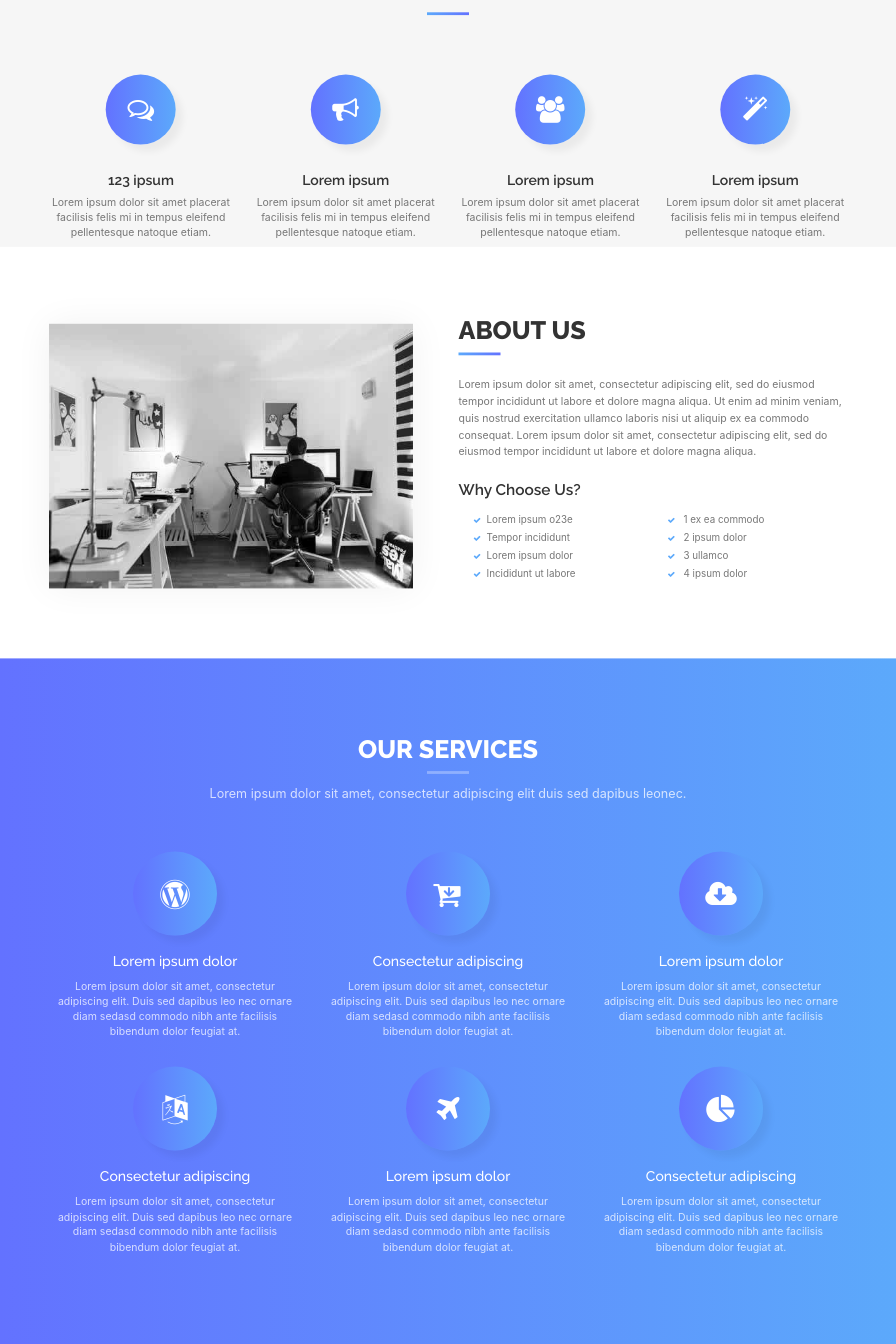
Repository: andrealepori/digitize-reactapp
Page: /
These files come from the project's save history. The page is drawn as it stood at one moment and after the next save; the edit follows.
The browser window is 1280 px wide. The pictures show the part of the page from y = 1071 to 2991 px (the page is 5589 px tall before and 5611 px after), at 70% of full size.
The project was rebuilt for these pictures with package versions that can differ from the ones it lists, and the page was loaded fresh each time.

Above is the page before, as saved 2021-09-21 14:49:37.

### public/index.html
<head>
  <meta charset="utf-8" />
  <meta name="viewport" content="width=device-width, initial-scale=1" />
  <link rel="shortcut icon" href="img/favicon.ico" type="image/x-icon" />
  <link rel="apple-touch-icon" href="img/apple-touch-icon.png" />
  <link href="https://use.fontawesome.com/releases/v5.15.1/css/all.css" rel="stylesheet" />
  <link
    rel="apple-touch-icon"
    sizes="72x72"
    href="img/apple-touch-icon-72x72.png"
  />
  <link
    rel="apple-touch-icon"
    sizes="114x114"
    href="img/apple-touch-icon-114x114.png"
  />

  <link rel="stylesheet" type="text/css" href="css/bootstrap.css" />
  <link
    rel="stylesheet"
    type="text/css"
    href="fonts/font-awesome/css/font-awesome.css"
  />
  <link rel="stylesheet" type="text/css" href="css/style.css" />
  <link
    rel="stylesheet"
    type="text/css"
    href="css/nivo-lightbox/nivo-lightbox.css"
  />
  <link rel="stylesheet" type="text/css" href="css/nivo-lightbox/default.css" />
  <link
    href="https://fonts.googleapis.com/css?family=Open+Sans:300,400,600,700"
    rel="stylesheet"
  />
  <link
    href="https://fonts.googleapis.com/css?family=Lato:400,700"
    rel="stylesheet"
  />
  <link
    href="https://fonts.googleapis.com/css?family=Raleway:300,400,500,600,700,800,900"
    rel="stylesheet"
  />
  <title>DIGITIZE</title>
  <meta name="description" content="" />
  <meta name="author" content="@andrealepori" />
</head>

<body id="page-top" data-spy="scroll" data-target=".navbar-fixed-top">
  <div id="root"></div>




  <script type="text/javascript" src="js/jquery.1.11.1.js"></script>
  <script type="text/javascript" src="js/bootstrap.js"></script>
</body>

### src/App.jsx
import { useState, useEffect } from "react";
import { Navigation } from "./components/navigation";
import { Header } from "./components/header";
import { Features } from "./components/features";
import { About } from "./components/about";
import { Services } from "./components/services";
import { Gallery } from "./components/gallery";
import { Testimonials } from "./components/testimonials";
import { Team } from "./components/Team";
import { Contact } from "./components/contact";
import JsonData from "./data/data.json";
import SmoothScroll from "smooth-scroll";
import "./App.css";

export const scroll = new SmoothScroll('a[href*="#"]', {
  speed: 1000,
  speedAsDuration: true,
});

const App = () => {
  const [landingPageData, setLandingPageData] = useState({});
  useEffect(() => {
    setLandingPageData(JsonData);
  }, []);

  return (
    <div>
      <Navigation />
      <Header data={landingPageData.Header} />
      <Features data={landingPageData.Features} />
      <About data={landingPageData.About} />
      <Services data={landingPageData.Services} />
      <Gallery data={landingPageData.Gallery}/>
      <Testimonials data={landingPageData.Testimonials} />
      <Team data={landingPageData.Team} />
      <Contact data={landingPageData.Contact} />

    </div>
  );
};

export default App;

### src/components/header.jsx
export const Header = (props) => {
  return (
    <header id='header'>
      <div className='intro'>
        <div className='overlay'>
          <div className='container'>
            <div className='row'>
              <div className='col-md-8 col-md-offset-2 intro-text'>
                <h1>
                  {props.data ? props.data.title : 'Loading'}
                  <span></span>
                </h1>
                <p>{props.data ? props.data.paragraph : 'Loading'}</p>
                <a
                  href='#features'
                  className='btn btn-custom btn-lg page-scroll'
                >
                  Learn More
                </a>{' '}
              </div>
            </div>
          </div>
        </div>
      </div>
    </header>
  )
}

### src/components/about.jsx
export const About = (props) => {
  return (
    <div id="about">
      <div className="container">
        <div className="row">
          <div className="col-xs-12 col-md-6">
            {" "}
            <img src="img/about.jpg" className="img-responsive" alt="" />{" "}
          </div>
          <div className="col-xs-12 col-md-6">
            <div className="about-text">
              <h2>About Us</h2>
              <p>{props.data ? props.data.paragraph : "loading..."}</p>
              <h3>Why Choose Us?</h3>
              <div className="list-style">
                <div className="col-lg-6 col-sm-6 col-xs-12">
                  <ul>
                    {props.data
                      ? props.data.Why.map((d, i) => (
                          <li key={`${d}-${i}`}>{d}</li>
                        ))
                      : "loading"}
                  </ul>
                </div>
                <div className="col-lg-6 col-sm-6 col-xs-12">
                  <ul>
                    {props.data
                      ? props.data.Why2.map((d, i) => (
                          <li key={`${d}-${i}`}> {d}</li>
                        ))
                      : "loading"}
                  </ul>
                </div>
              </div>
            </div>
          </div>
        </div>
      </div>
    </div>
  );
};

### src/components/services.jsx
export const Services = (props) => {
  return (
    <div id='services' className='text-center'>
      <div className='container'>
        <div className='section-title'>
          <h2>Our Services</h2>
          <p>
            Lorem ipsum dolor sit amet, consectetur adipiscing elit duis sed
            dapibus leonec.
          </p>
        </div>
        <div className='row'>
          {props.data
            ? props.data.map((d, i) => (
                <div key={`${d.name}-${i}`} className='col-md-4'>
                  {' '}
                  <i className={d.icon}></i>
                  <div className='service-desc'>
                    <h3>{d.name}</h3>
                    <p>{d.text}</p>
                  </div>
                </div>
              ))
            : 'loading'}
        </div>
      </div>
    </div>
  )
}

### src/components/gallery.jsx
import { Image } from "./image";

export const Gallery = (props) => {
  return (
    <div id='portfolio' className='text-center'>
      <div className='container'>
        <div className='section-title'>
          <h2>Gallery</h2>
          <p>
            Lorem ipsum dolor sit amet, consectetur adipiscing elit duis sed
            dapibus leonec.
          </p>
        </div>
        <div className='row'>
          <div className='portfolio-items'>
            {props.data
              ? props.data.map((d, i) => (
                <div key={`${d.title}-${i}`} className='col-sm-6 col-md-4 col-lg-4'>
                  <Image title={d.title} largeImage={d.largeImage} smallImage={d.smallImage} />
                </div>
              ))
              : 'Loading...'}
          </div>
        </div>
      </div>
    </div>
  )
}

### src/components/testimonials.jsx
export const Testimonials = (props) => {
  return (
    <div id='testimonials'>
      <div className='container'>
        <div className='section-title text-center'>
          <h2>What our clients say</h2>
        </div>
        <div className='row'>
          {props.data
            ? props.data.map((d, i) => (
                <div key={`${d.name}-${i}`} className='col-md-4'>
                  <div className='testimonial'>
                    <div className='testimonial-image'>
                      {' '}
                      <img src={d.img} alt='' />{' '}
                    </div>
                    <div className='testimonial-content'>
                      <p>"{d.text}"</p>
                      <div className='testimonial-meta'> - {d.name} </div>
                    </div>
                  </div>
                </div>
              ))
            : 'loading'}
        </div>
      </div>
    </div>
  )
}

### src/components/Team.jsx
export const Team = (props) => {
  return (
    <div id='team' className='text-center'>
      <div className='container'>
        <div className='col-md-8 col-md-offset-2 section-title'>
          <h2>Meet the Team</h2>
          <p>
            Lorem ipsum dolor sit amet, consectetur adipiscing elit duis sed
            dapibus leonec.
          </p>
        </div>
        <div id='row'>
          {props.data
            ? props.data.map((d, i) => (
                <div key={`${d.name}-${i}`} className='col-md-3 col-sm-6 team'>
                  <div className='thumbnail'>
                    {' '}
                    <img src={d.img} alt='...' className='team-img' />
                    <div className='caption'>
                      <h4>{d.name}</h4>
                      <p>{d.job}</p>
                    </div>
                  </div>
                </div>
              ))
            : 'loading'}
        </div>
      </div>
    </div>
  )
}

### src/components/contact.jsx
import { useState } from 'react'

import emailjs from 'emailjs-com'

const initialState = {
  name: '',
  email: '',
  message: '',
}
export const Contact = (props) => {
  const [{ name, email, message }, setState] = useState(initialState)

  const handleChange = (e) => {
    const { name, value } = e.target
    setState((prevState) => ({ ...prevState, [name]: value }))
  }
  const clearState = () => setState({ ...initialState })

  const handleSubmit = (e) => {
    e.preventDefault()
    console.log(name, email, message)
    emailjs
      .sendForm(
        'YOUR_SERVICE_ID', 'YOUR_TEMPLATE_ID', e.target, 'YOUR_USER_ID'
      )
      .then(
        (result) => {
          console.log(result.text)
          clearState()
        },
        (error) => {
          console.log(error.text)
        }
      )
  }
  return (

  <footer class="bg-light text-center text-white">

  <div className="container p-4 pb-0">



      <a clssName="btn btn-primary btn-floating m-1"

        href="#!"
        role="button"
        ><i className="fab fa-facebook-f"></i> </a>

      <a
        className="btn btn-primary btn-floating m-1"

        href="#!"
        role="button"
        ><i className="fab fa-twitter"></i></a>
      <a
        className="btn btn-primary btn-floating m-1"


        href="#!"
        role="button"
        ><i className="fab fa-google"></i></a>
      <a
        className="btn btn-primary btn-floating m-1"


        href="#!"
        role="button"
        ><i className="fab fa-instagram"></i></a>
      <a
        className="btn btn-primary btn-floating m-1"

        href="#!"
        role="button"
        ><i className="fab fa-linkedin-in"></i></a>
      <a
        className="btn btn-primary btn-floating m-1"

        href="#!"
        role="button"
        ><i className="fab fa-github"></i></a>
  </div>

</footer>
  )
}

### src/data/data.json
{
  "Header": {
    "title": "DIGITALIZZAZIONE DI IMPRESE ",
    "paragraph": "Digitalizzazione è sinonimo di miglioramento e velocizzazione dei processi aziendali, ma anche di dematerializzazione degli ambienti lavorativi e dei documenti d’impresa. Infatti, proprio come è accaduto in seguito all’emergenza Covid, molte realtà hanno sperimentato lo Smart Working e la gestione delle attività da remoto, mentre altre hanno aperto le porte del proprio business alla vendita online."
  },
  "About": {
    "paragraph": "Lorem ipsum dolor sit amet, consectetur adipiscing elit, sed do eiusmod tempor incididunt ut labore et dolore magna aliqua. Ut enim ad minim veniam, quis nostrud exercitation ullamco laboris nisi ut aliquip ex ea commodo consequat. Lorem ipsum dolor sit amet, consectetur adipiscing elit, sed do eiusmod tempor incididunt ut labore et dolore magna aliqua.",
    "Why": [
      "Lorem ipsum o23e",
      "Tempor incididunt",
      "Lorem ipsum dolor",
      "Incididunt ut labore"
    ],
    "Why2": [
      "1 ex ea commodo",
      "2 ipsum dolor",
      "3 ullamco",
      "4 ipsum dolor"
    ]
  },
  "Gallery": [
    {
      "title": "Project Title",
      "largeImage": "img/portfolio/01-large.jpg",
      "smallImage": "img/portfolio/01-small.jpg"
    },
    {
      "title": "Project Title",
      "largeImage": "img/portfolio/02-large.jpg",
      "smallImage": "img/portfolio/02-small.jpg"
    },
    {
      "title": "Project Title",
      "largeImage": "img/portfolio/03-large.jpg",
      "smallImage": "img/portfolio/03-small.jpg"
    },
    {
      "title": "Project Title",
      "largeImage": "img/portfolio/04-large.jpg",
      "smallImage": "img/portfolio/04-small.jpg"
    },
    {
      "title": "Project Title",
      "largeImage": "img/portfolio/05-large.jpg",
      "smallImage": "img/portfolio/05-small.jpg"
    },
    {
      "title": "Project Title",
      "largeImage": "img/portfolio/06-large.jpg",
      "smallImage": "img/portfolio/06-small.jpg"
    },
    {
      "title": "Project Title",
      "largeImage": "img/portfolio/07-large.jpg",
      "smallImage": "img/portfolio/07-small.jpg"
    },
    {
      "title": "Project Title",
      "largeImage": "img/portfolio/08-large.jpg",
      "smallImage": "img/portfolio/08-small.jpg"
    },
    {
      "title": "Project Title",
      "largeImage": "img/portfolio/09-large.jpg",
      "smallImage": "img/portfolio/09-small.jpg"
    }
  ],
  "Services": [
    {
      "icon": "fa fa-wordpress",
      "name": "Lorem ipsum dolor",
      "text": "Lorem ipsum dolor sit amet, consectetur adipiscing elit. Duis sed dapibus leo nec ornare diam sedasd commodo nibh ante facilisis bibendum dolor feugiat at."
    },
    {
      "icon": "fa fa-cart-arrow-down",
      "name": "Consectetur adipiscing",
      "text": "Lorem ipsum dolor sit amet, consectetur adipiscing elit. Duis sed dapibus leo nec ornare diam sedasd commodo nibh ante facilisis bibendum dolor feugiat at."
    },
    {
      "icon": "fa fa-cloud-download",
      "name": "Lorem ipsum dolor",
      "text": "Lorem ipsum dolor sit amet, consectetur adipiscing elit. Duis sed dapibus leo nec ornare diam sedasd commodo nibh ante facilisis bibendum dolor feugiat at."
    },
    {
      "icon": "fa fa-language",
      "name": "Consectetur adipiscing",
      "text": "Lorem ipsum dolor sit amet, consectetur adipiscing elit. Duis sed dapibus leo nec ornare diam sedasd commodo nibh ante facilisis bibendum dolor feugiat at."
    },
    {
      "icon": "fa fa-plane",
      "name": "Lorem ipsum dolor",
      "text": "Lorem ipsum dolor sit amet, consectetur adipiscing elit. Duis sed dapibus leo nec ornare diam sedasd commodo nibh ante facilisis bibendum dolor feugiat at."
    },
    {
      "icon": "fa fa-pie-chart",
      "name": "Consectetur adipiscing",
      "text": "Lorem ipsum dolor sit amet, consectetur adipiscing elit. Duis sed dapibus leo nec ornare diam sedasd commodo nibh ante facilisis bibendum dolor feugiat at."
    }
  ],
  "Testimonials": [
    {
      "img": "img/testimonials/01.jpg",
      "text": "\"Lorem ipsum dolor sit amet, consectetur adipiscing elit. Duis sed dapibus leo nec ornare diam sedasd commodo nibh ante facilisis bibendum dolor feugiat at.\"",
      "name": "John Doe"
    },
    {
      "img": "img/testimonials/02.jpg",
      "text": "\"Lorem ipsum dolor sit amet, consectetur adipiscing elit. Duis sed dapibus leo nec ornare diam sedasd commodo nibh ante facilisis bibendum dolor feugiat at.\"",
      "name": "Johnathan Doe"
    },
    {
      "img": "img/testimonials/03.jpg",
      "text": "\"Lorem ipsum dolor sit amet, consectetur adipiscing elit. Duis sed dapibus leo nec ornare diam sedasd commodo nibh ante facilisis bibendum dolor feugiat at.\"",
      "name": "John Doe"
    },
    {
      "img": "img/testimonials/04.jpg",
      "text": "\"Lorem ipsum dolor sit amet, consectetur adipiscing elit. Duis sed dapibus leo nec ornare diam sedasd commodo nibh ante facilisis bibendum dolor feugiat at.\"",
      "name": "Johnathan Doe"
    },
    {
      "img": "img/testimonials/05.jpg",
      "text": "\"Lorem ipsum dolor sit amet, consectetur adipiscing elit. Duis sed dapibus leo nec ornare diam sedasd commodo nibh ante facilisis bibendum dolor feugiat at.\"",
      "name": "John Doe"
    },
    {
      "img": "img/testimonials/06.jpg",
      "text": "\"Lorem ipsum dolor sit amet, consectetur adipiscing elit. Duis sed dapibus leo nec ornare diam sedasd commodo nibh ante facilisis bibendum dolor feugiat at.\"",
      "name": "Johnathan Doe"
    }
  ],
  "Team": [
    {
      "img": "img/team/01.jpg",
      "name": "John Doe",
      "job": "Director"
    },
    {
      "img": "img/team/02.jpg",
      "name": "Mike Doe",
      "job": "Senior Designer"
    },
    {
      "img": "img/team/03.jpg",
      "name": "Jane Doe",
      "job": "Senior Designer"
    },
    {
      "img": "img/team/04.jpg",
      "name": "Karen Doe",
      "job": "Project Manager"
    }
  ],
  "Contact": {
    "address": "4321 California St, San Francisco, CA 12345 ",
    "phone": "+1 123 456 1234",
    "email": "info@company.com",
    "facebook": "fb.com",
    "twitter": "twitter.com",
    "youtube": "youtube.com"
  },
  "Features": [
    {
      "icon": "fa fa-comments-o",
      "title": "123 ipsum",
      "text": "Lorem ipsum dolor sit amet placerat facilisis felis mi in tempus eleifend pellentesque natoque etiam."
    },
    {
      "icon": "fa fa-bullhorn",
      "title": "Lorem ipsum",
      "text": "Lorem ipsum dolor sit amet placerat facilisis felis mi in tempus eleifend pellentesque natoque etiam."
    },
    {
      "icon": "fa fa-group",
      "title": "Lorem ipsum",
      "text": "Lorem ipsum dolor sit amet placerat facilisis felis mi in tempus eleifend pellentesque natoque etiam."
    },
    {
      "icon": "fa fa-magic",
      "title": "Lorem ipsum",
      "text": "Lorem ipsum dolor sit amet placerat facilisis felis mi in tempus eleifend pellentesque natoque etiam."
    }
  ]
}

Loaded but not shown: src/index.js (common file); src/index.css (common file); src/serviceWorker.js (common file); src/components/features.jsx (common file); src/App.css (common file); src/components/image.jsx (common file); public/css/bootstrap.css (library); public/fonts/font-awesome/css/font-awesome.css (library); public/js/jquery.1.11.1.js (library); public/js/bootstrap.js (library); public/css/style.css (607 lines, source omitted); public/css/nivo-lightbox/nivo-lightbox.css (205 lines, source omitted); public/css/nivo-lightbox/default.css (103 lines, source omitted); src/components/navigation.jsx (70 lines, source omitted)

After the next save:
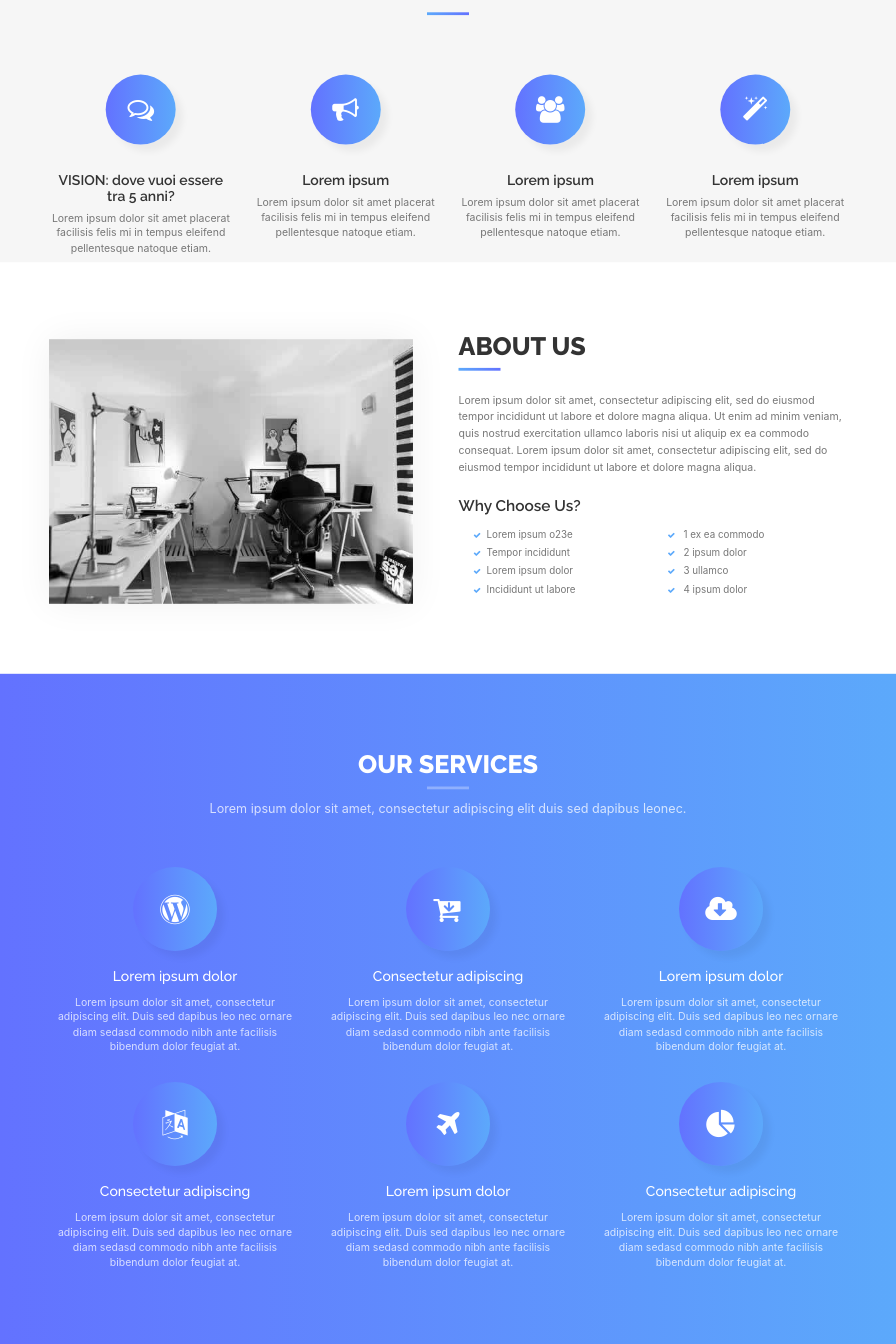
Saved 89 s later.
--- a/src/data/data.json
+++ b/src/data/data.json
@@ -162,7 +162,7 @@
   "Features": [
     {
       "icon": "fa fa-comments-o",
-      "title": "123 ipsum",
+      "title": "VISION: dove vuoi essere tra 5 anni?",
       "text": "Lorem ipsum dolor sit amet placerat facilisis felis mi in tempus eleifend pellentesque natoque etiam."
     },
     {

After the save that followed:
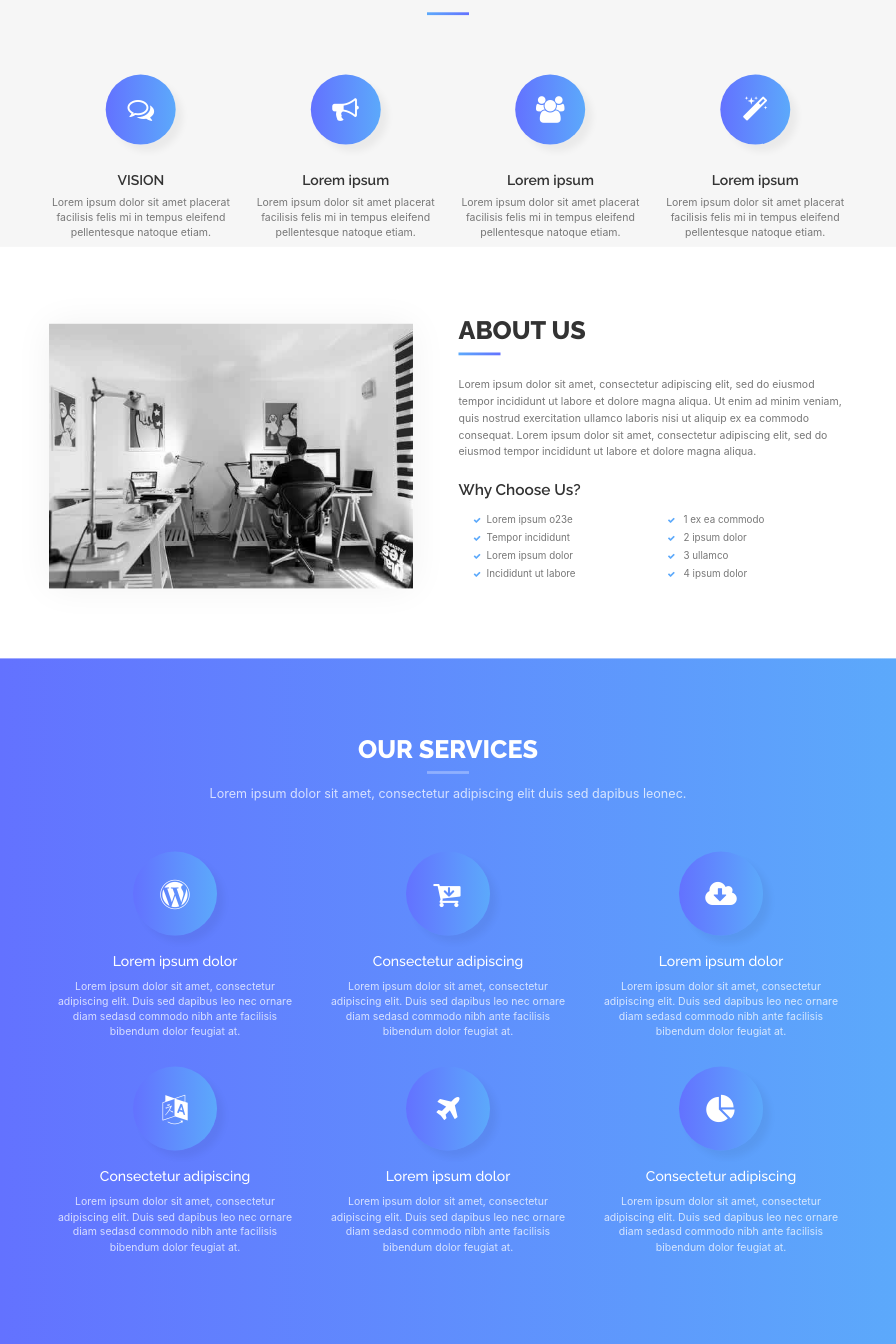
Saved 13 s later.
--- a/src/data/data.json
+++ b/src/data/data.json
@@ -162,7 +162,7 @@
   "Features": [
     {
       "icon": "fa fa-comments-o",
-      "title": "VISION: dove vuoi essere tra 5 anni?",
+      "title": "VISION",
       "text": "Lorem ipsum dolor sit amet placerat facilisis felis mi in tempus eleifend pellentesque natoque etiam."
     },
     {
